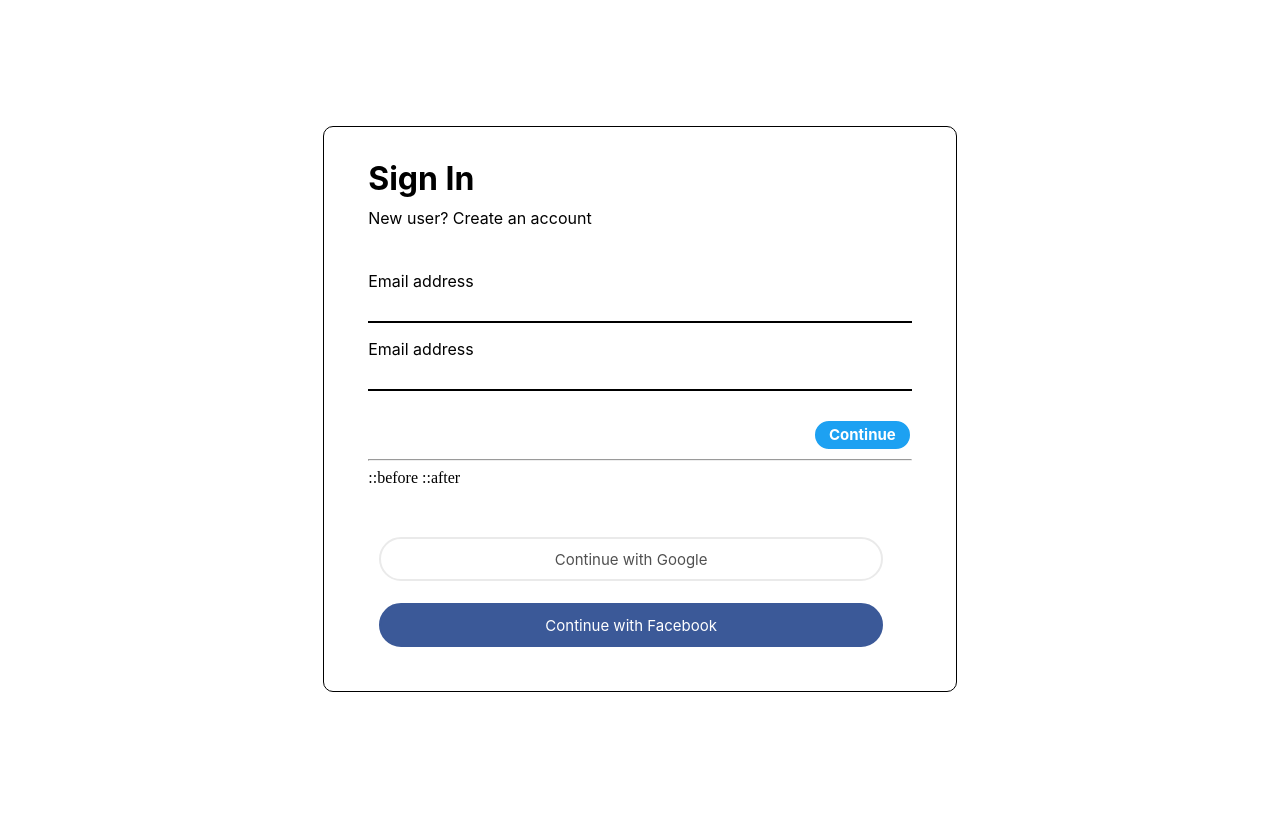
Repository: thangluu93/WereWolf
Page: Template/signIn.html
The author's editor kept a copy of each file at every save. The page is drawn from the files as they stood at one save, then again after the next save.
The browser window is 1280 px wide. The pictures show the whole page.

Above is the page before, as saved 2020-01-13 14:14:04.

After the next save:
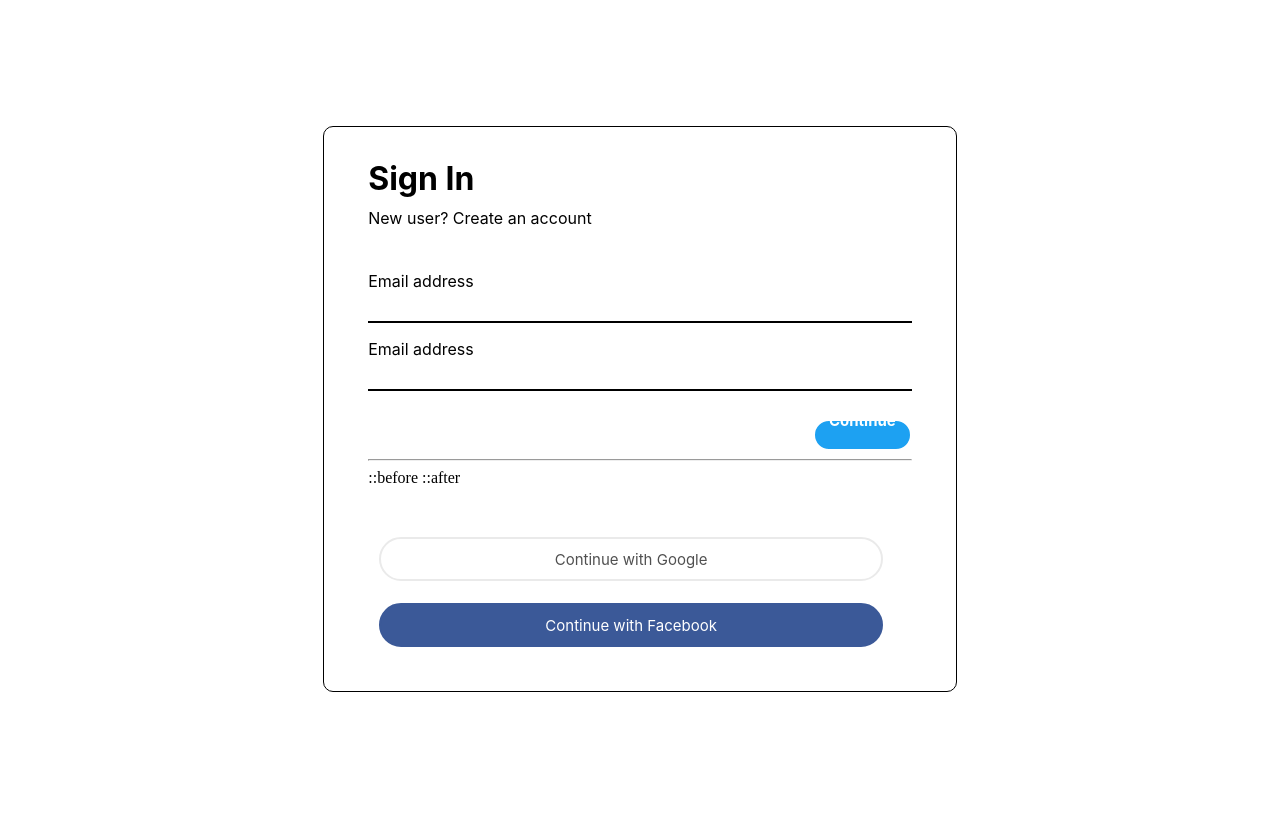
Saved 19 s later.
--- a/Stylesheet/signInStyle.css
+++ b/Stylesheet/signInStyle.css
@@ -106,6 +106,7 @@ a{
 }
 
 .emailContinueBtn{
+    display: flex;
     box-shadow: none;
     background-color: #1da1f2;
     color: white;
@@ -120,7 +121,7 @@ a{
     font-size: 15px;
     font-weight: 700;
     line-height: 0;
-    align-items: center;
+    justify-content: center;
 }
 
 .emailContinue{
